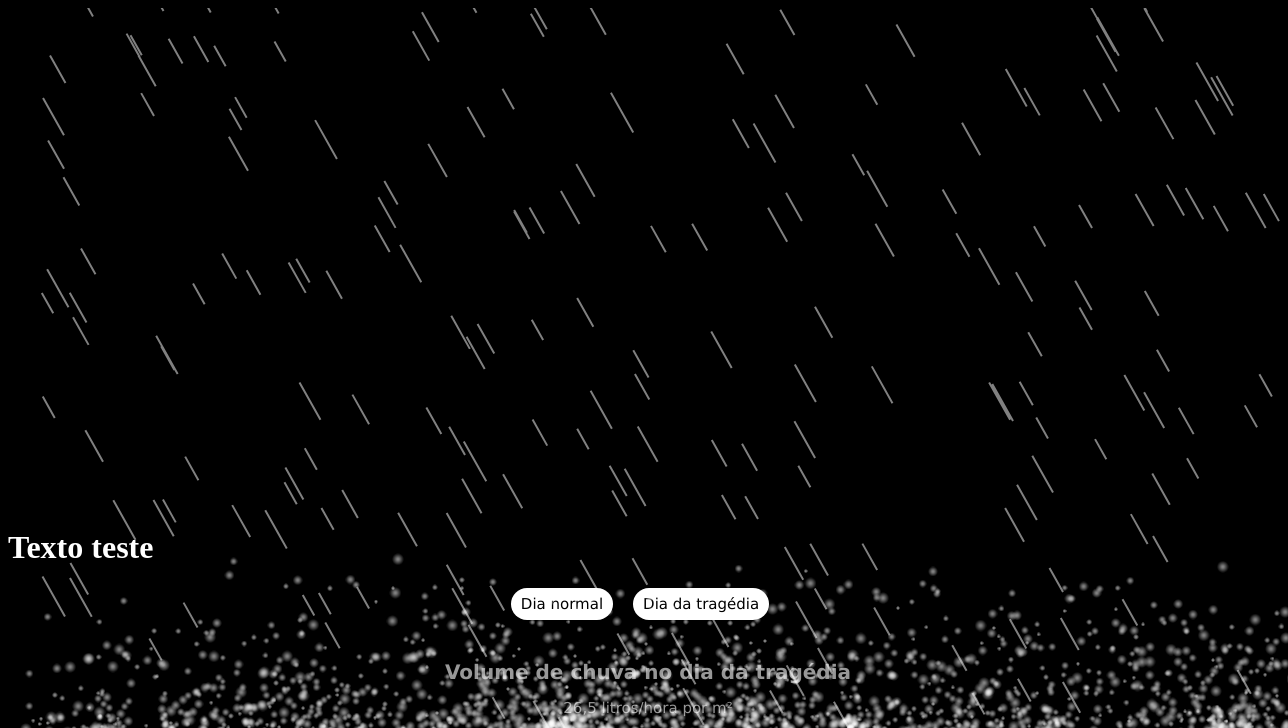
Repository: lucasthaynan/chuvas-estadao
Page: index.html
The author's editor kept a copy of each file at every save. The page is drawn from the files as they stood at one save, then again after the next save.
The browser window is 1280 px wide. The page is 1288 px wide, so the pictures cover 1288 px, including what lies to the right of the window. The pictures show the whole page.

Above is the page before, as saved 2023-02-24 10:46:27.
Console error: ReferenceError: dat is not defined

After the next save:
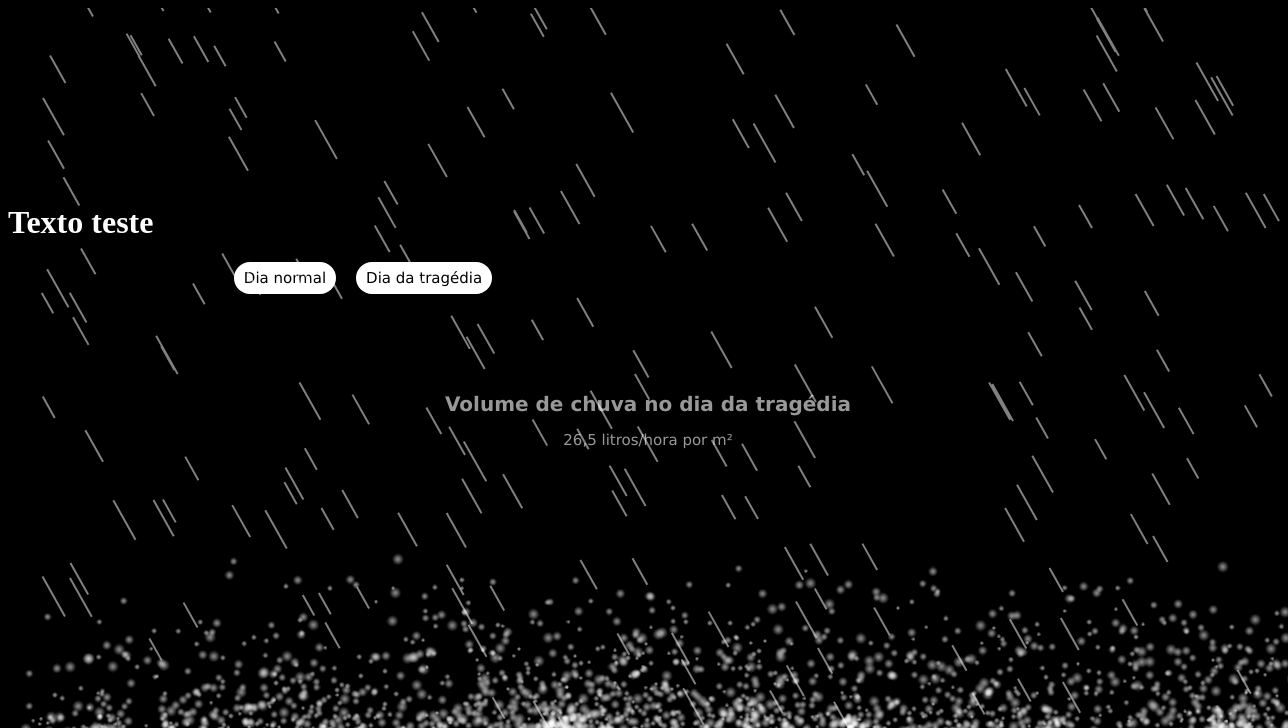
Saved 45 s later.
--- a/style.css
+++ b/style.css
@@ -12,6 +12,9 @@ body {
 
     display: flex;
     flex-direction: column;
+
+    width: 710px;
+    height: 500px;
 
 }
 
